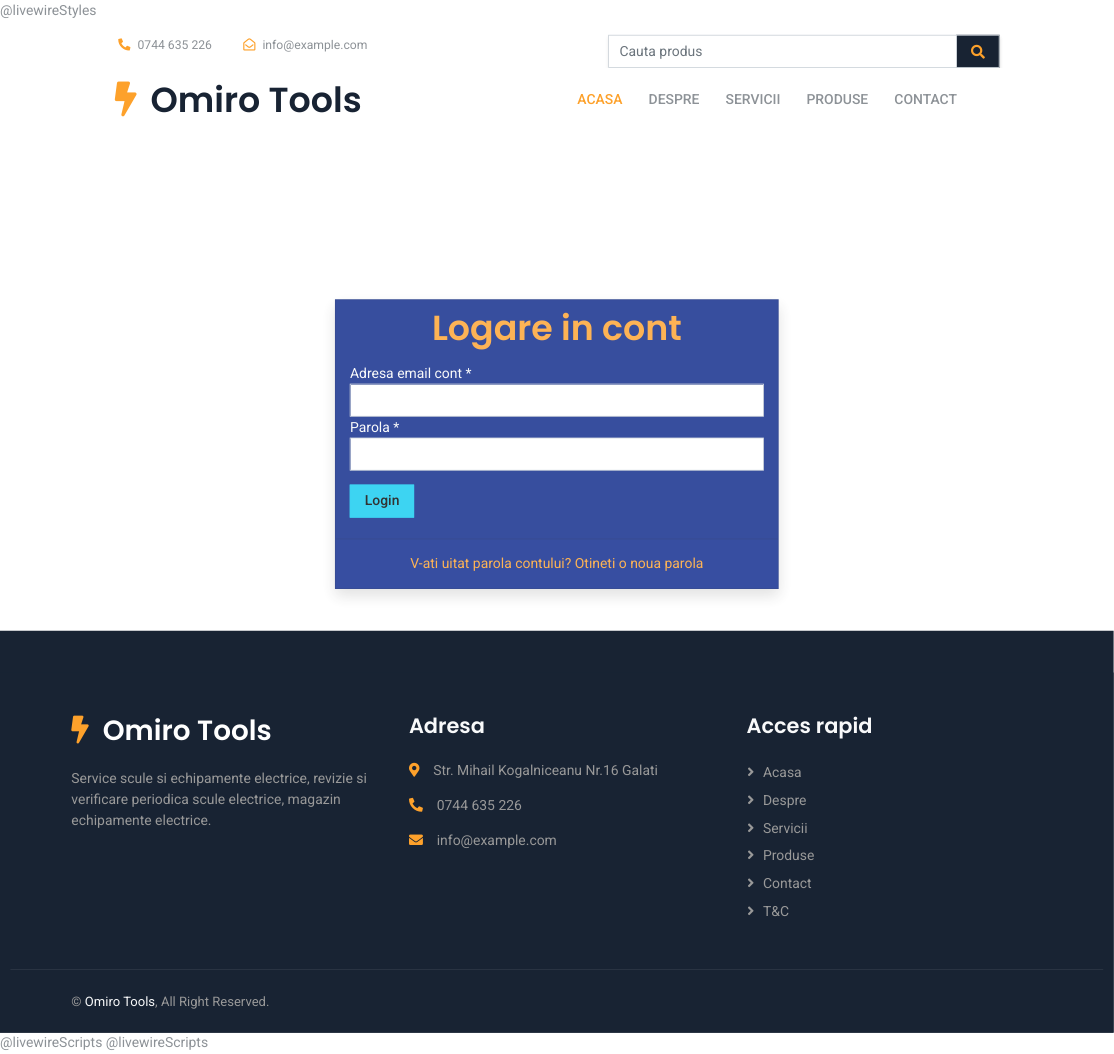
Repository: sorina0109/laravel_test
Page: http://localhost/login
An editor plug-in stored every save of this project. The page is shown before and after the next save, followed by the edit.
The browser window is 1280 px wide. The pictures show the whole page, at 87% of full size.
Some web libraries are served in a nearby version. The page is served by the project's Laravel application, run on PHP 8.4 with Laravel 10.

Above is the page before, as saved 2023-08-15 15:42:28.

After the next save:
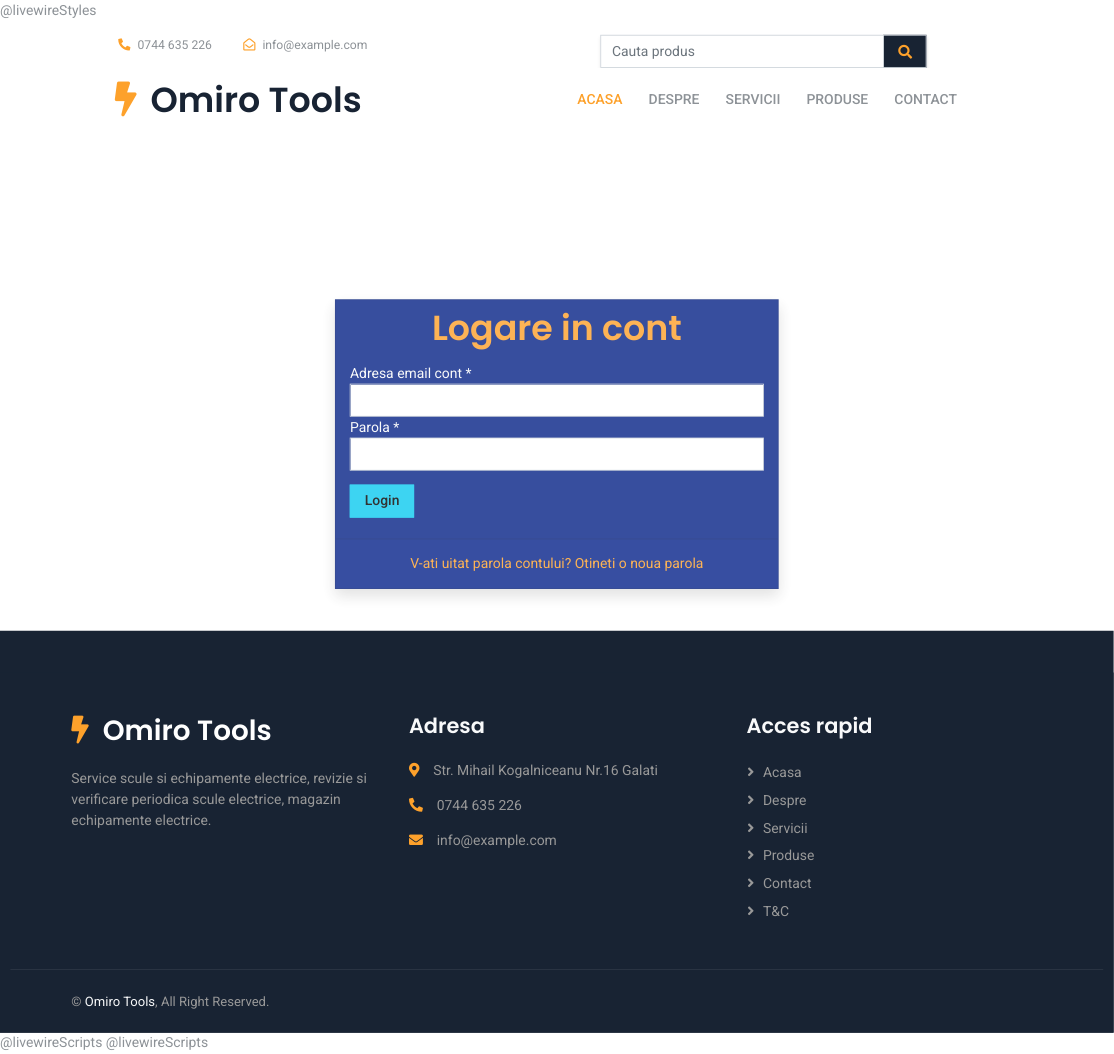
Saved 19 s later.
--- a/resources/views/front/partials/topbar.blade.php
+++ b/resources/views/front/partials/topbar.blade.php
@@ -15,9 +15,9 @@
                 <small>Luni - Vineri : 08.30 - 17.30</small>
             </div>
         </div>
-        <div class="col-lg-6 d-none d-lg-block text-center px-5 pt-3" >
+        <div class="col-lg-5 d-none d-lg-block text-end px-5 pt-3" >
             <form style="display: inline-block;" action="{{ route('search') }}" method="GET" id="search-bar">
-                <div class="input-group shadow-sm" style="width: 450px;">
+                <div class="input-group shadow-sm" style="width: 375px;">
                     <input name="search_product" type="text" class="form-control " placeholder="Cauta produs" >
                     <div class="input-group-append" onclick="document.getElementById('search-bar').submit()"
                             style="cursor:pointer;">
